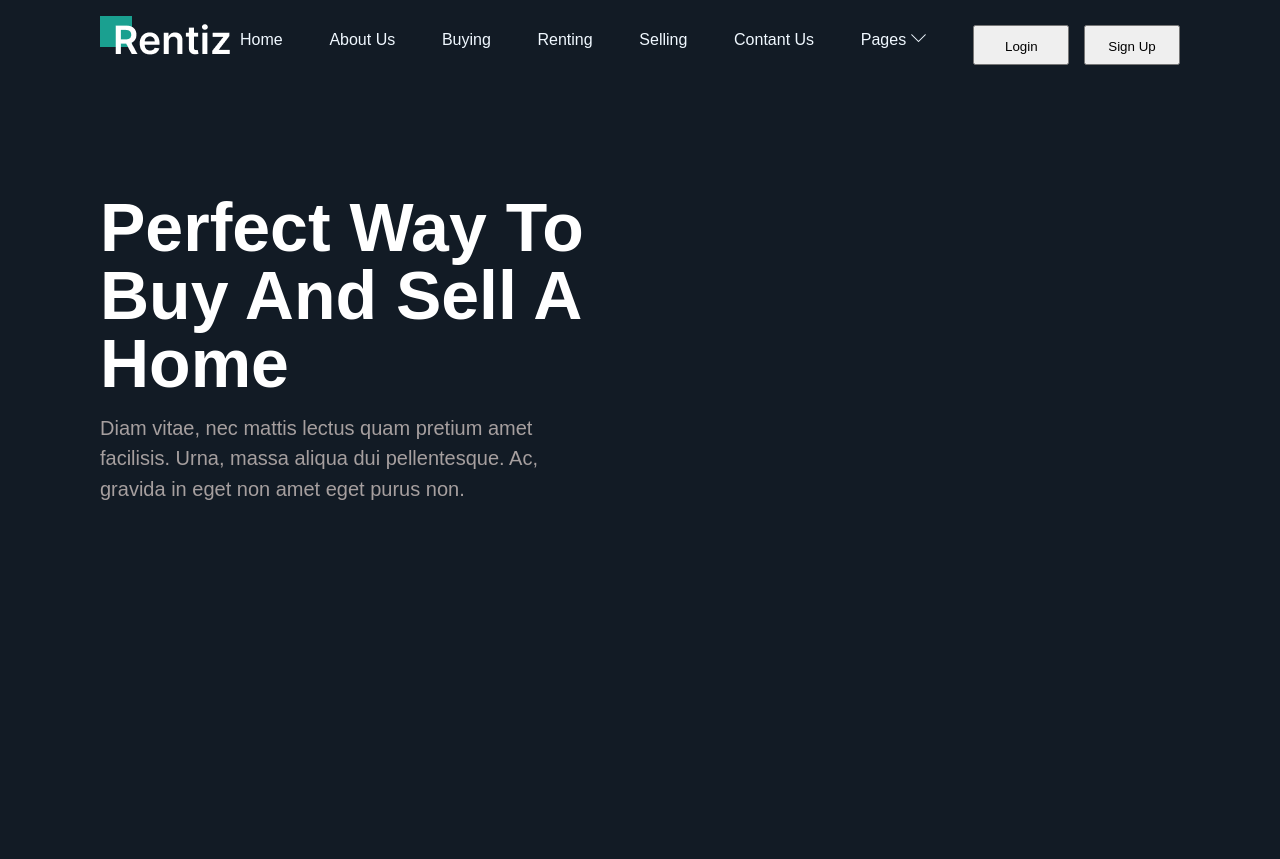
Repository: tung1233hhhhhhhhhhhhh/WebClone-Home
Page: index.html
These files come from the project's save history. The page is drawn as it stood at one moment and after the next save; the edit follows.
The browser window is 1280 px wide. The pictures show the whole page.

Above is the page before, as saved 2023-05-23 15:06:33.

After the next save:
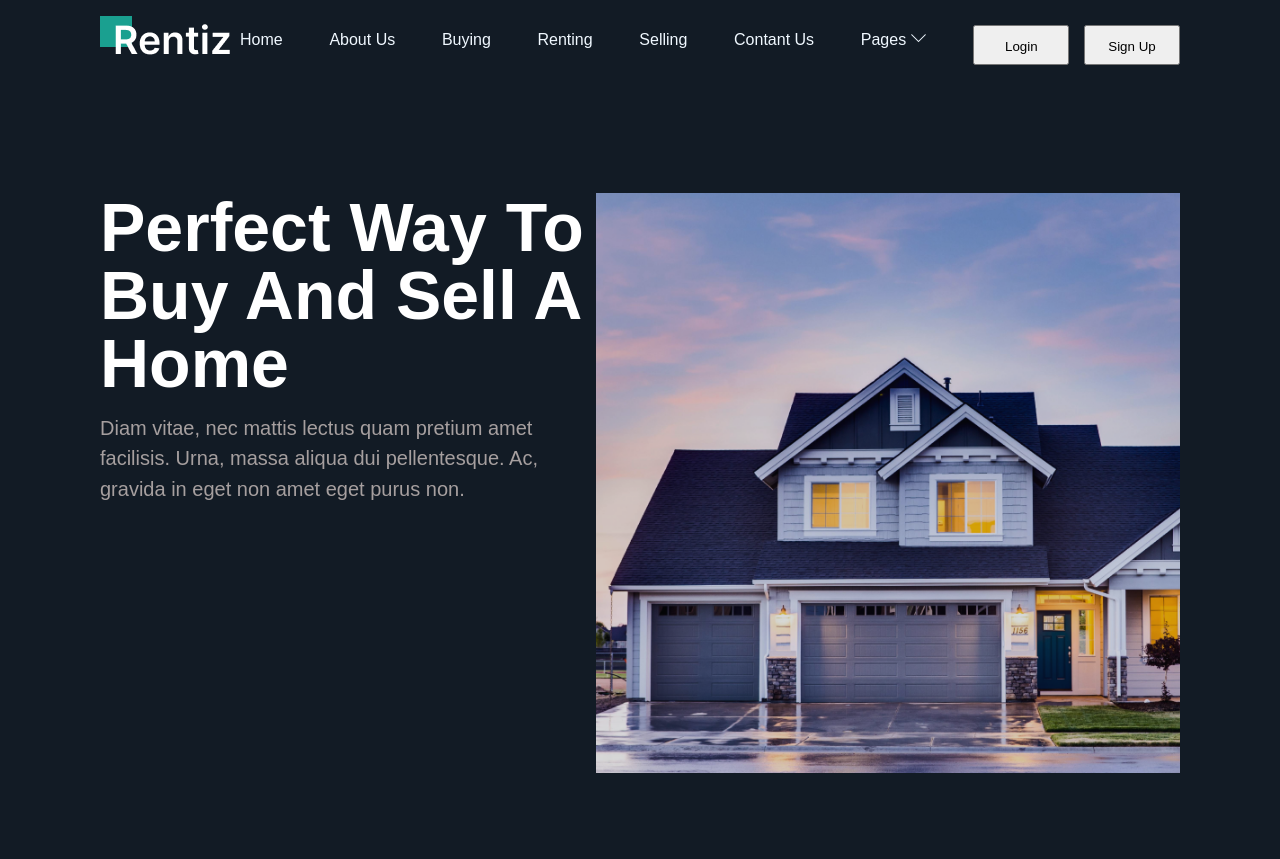
Saved 17 s later.
--- a/assets/css/main.css
+++ b/assets/css/main.css
@@ -102,7 +102,7 @@ body {
 }
 
 #billboard .main .billboard-img {
-    background: url("/assets/img/pexels-binyamin-mellish-106399\ 2.png") top cover / center no-repeat;
+    background: url("/assets/img/pexels-binyamin-mellish-106399\ 2.png") center / cover no-repeat;
     width: 636px;
     height: 580px;
 }
